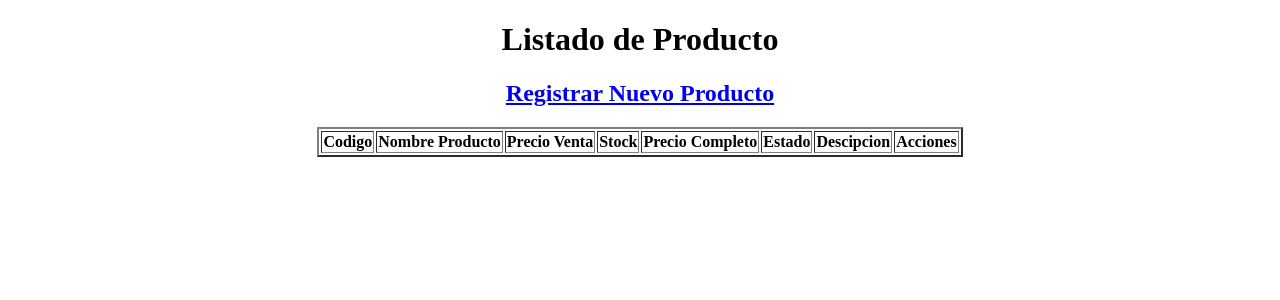
Repository: venomdavid123/Examencl3
Page: http://localhost/Vistas/Producto/ListadoProducto
An editor plug-in stored every save of this project. The page is shown before and after the next save, followed by the edit.
The browser window is 1280 px wide. The pictures show the whole page.
The page is this project's Thymeleaf template; nobody is signed in. The template is opened directly, without the code that normally fills it, so the values that code supplies are empty.

Above is the page before, as saved 2023-11-26 15:32:54.

After the next save:
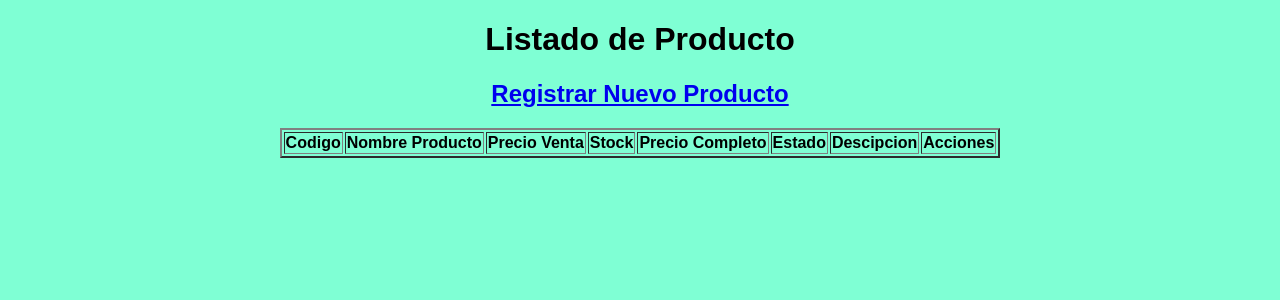
Saved 30 s later.
--- a/ExamenSpringProducto/src/main/resources/templates/Vistas/Producto/ListadoProducto.html
+++ b/ExamenSpringProducto/src/main/resources/templates/Vistas/Producto/ListadoProducto.html
@@ -1,8 +1,16 @@
 <!DOCTYPE html>
 <html>
+	<head>
 		<title>
 			Listado de Producto
 		</title>
+		<style>
+		html{
+			background-color: aquamarine;
+			font-family: Arial, Helvetica, sans-serif;
+		}
+	</style>
+		</head>
 	<h1 align="center">
 			Listado de Producto
 		</h1>
